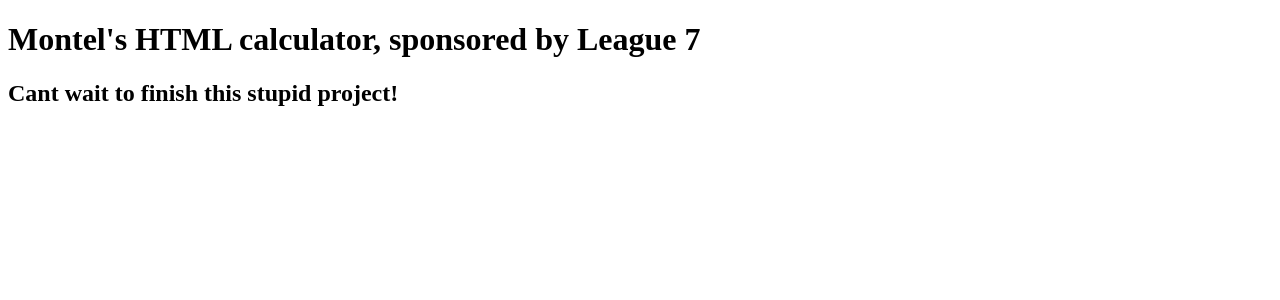
Repository: mnhardy1504/odin-recipes1
Page: repos/calculator/calculator.html
An editor plug-in stored every save of this project. The page is shown before and after the next save, followed by the edit.
The browser window is 1280 px wide. The pictures show the whole page.

Above is the page before, as saved 2023-12-04 19:37:15.

After the next save:
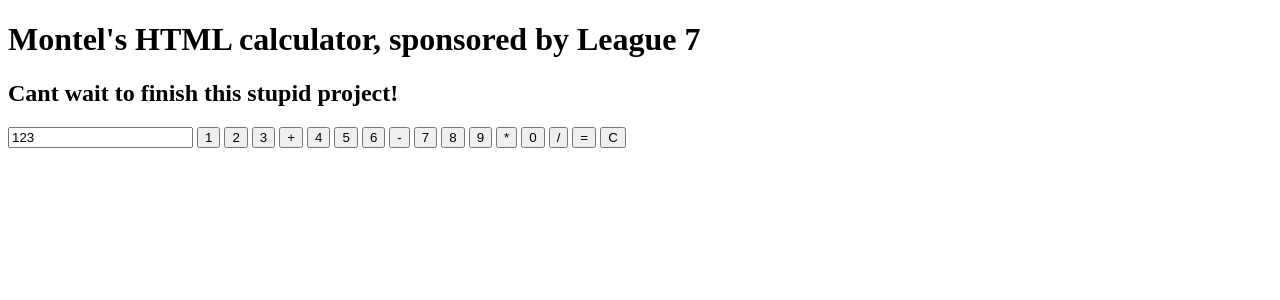
Saved 20 min 56 s later.
--- a/repos/calculator/calculator.html
+++ b/repos/calculator/calculator.html
@@ -2,13 +2,36 @@
 <html>
 <head>
   <meta charset="UTF-8">
-  <title>Page Title</title>
+  <title>Calculator</title>
   <script src="index.js"></script>
 </head>
 <body>
   <h1>Montel's HTML calculator, sponsored by League 7 </h1>
   <h2> Cant wait to finish this stupid project! </h2>
  <div id="reply"></div>
+ <div id="calculator">
+    <input type="text" id="display" value="123" readonly>
+
+    <button onclick="updateDisplay('1')">1</button>
+    <button onclick="updateDisplay('2')">2</button>
+    <button onclick="updateDisplay('3')">3</button>
+    <button onclick="updateDisplay('+')">+</button>
+
+    <button onclick="updateDisplay('4')">4</button>
+    <button onclick="updateDisplay('5')">5</button>
+    <button onclick="updateDisplay('6')">6</button>
+    <button onclick="updateDisplay('-')">-</button>
+
+    <button onclick="updateDisplay('7')">7</button>
+    <button onclick="updateDisplay('8')">8</button>
+    <button onclick="updateDisplay('9')">9</button>
+    <button onclick="updateDisplay('*')">*</button>
+
+    <button onclick="updateDisplay('0')">0</button>
+    <button onclick="updateDisplay('/')">/</button>
+    <button onclick="calculateResult()">=</button>
+    <button onclick="clearDisplay()">C</button>
+  </div>
 
 </body>
 </html>
